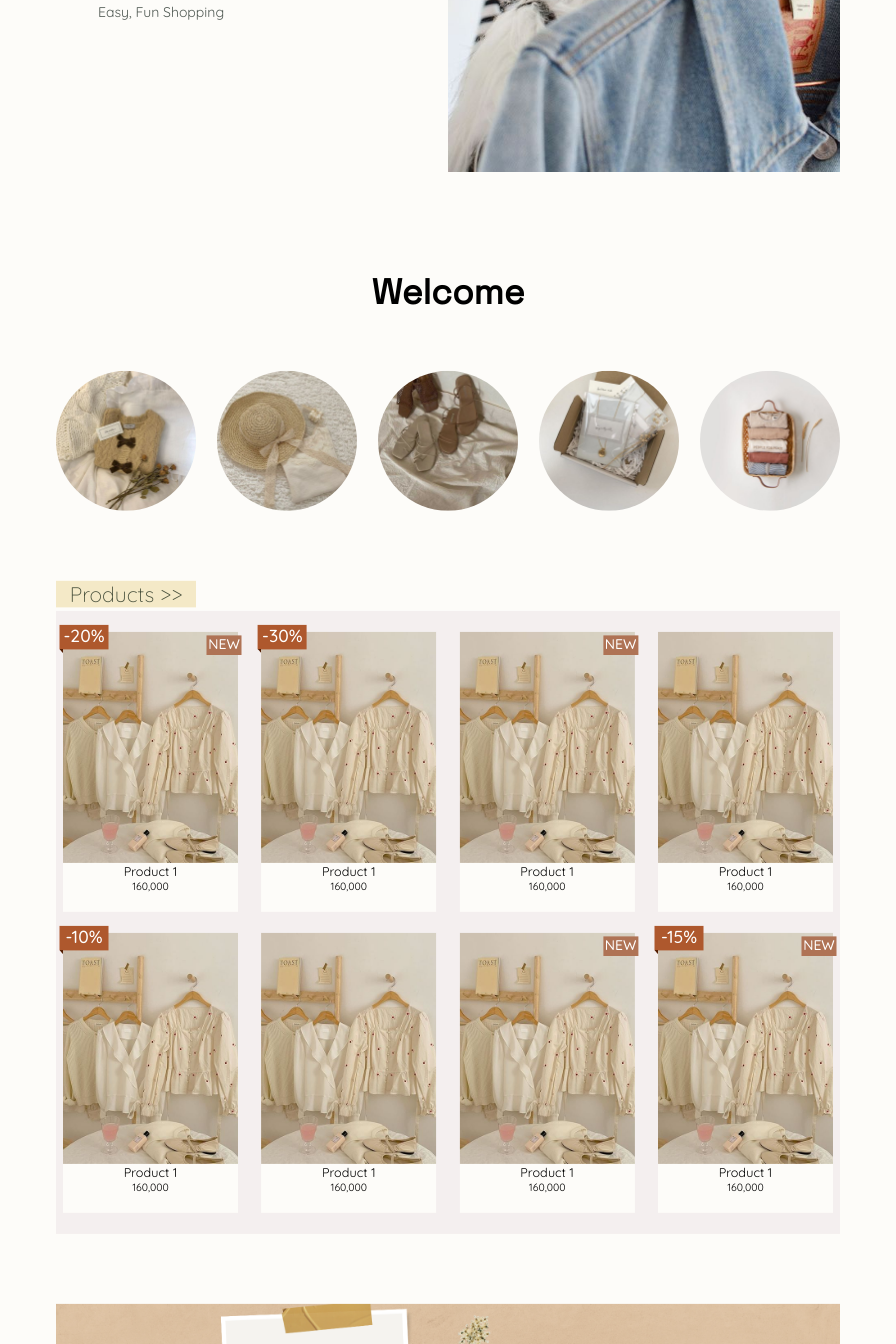
Repository: nganha241/store
Page: index.html
The author's editor kept a copy of each file at every save. The page is drawn from the files as they stood at one save, then again after the next save.
The browser window is 1280 px wide. The pictures show the part of the page from y = 654 to 2574 px (the page is 4675 px tall), at 70% of full size.
Some web libraries are served in a nearby version.

Above is the page before, as saved 2022-04-19 10:06:29.

After the next save:
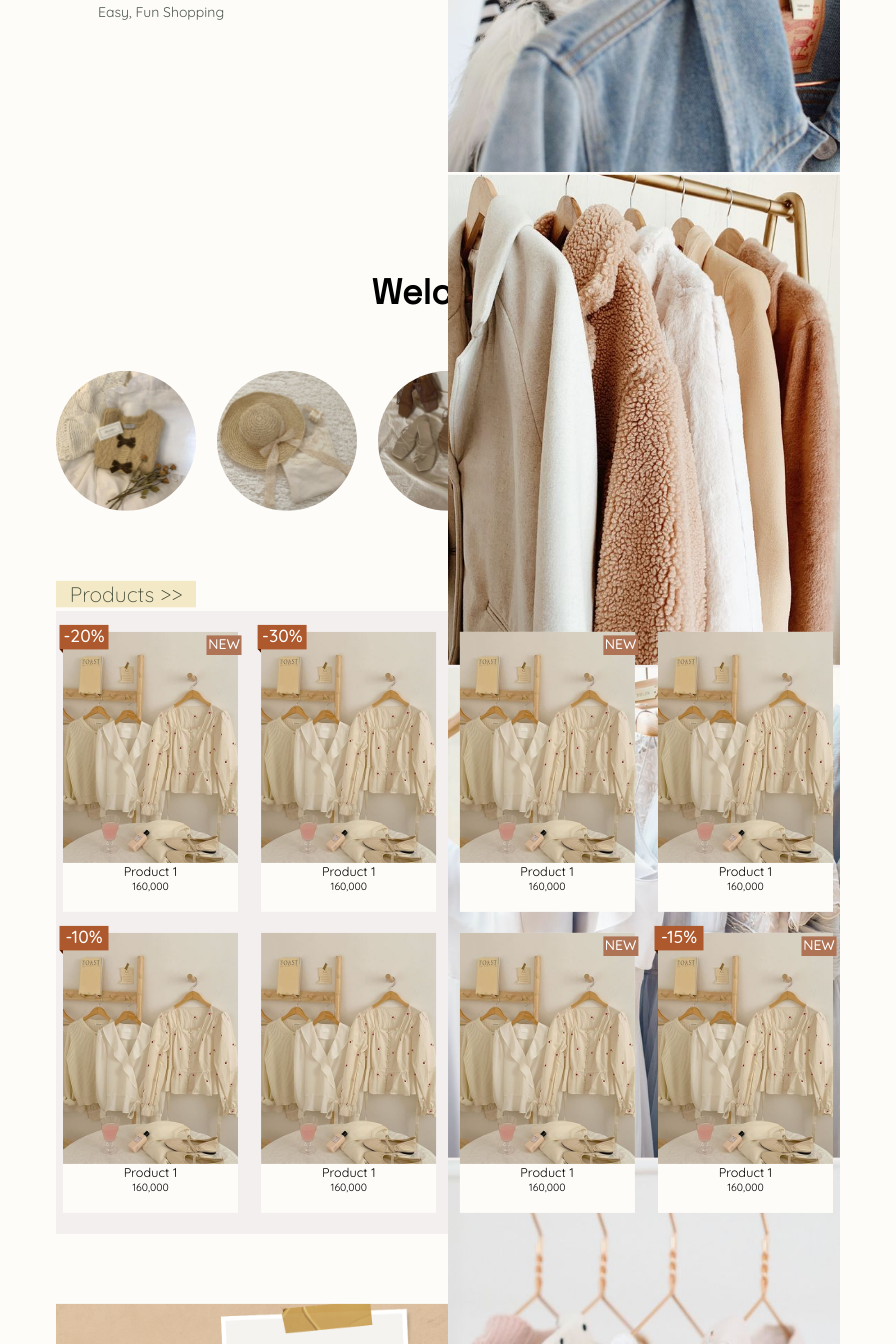
Saved 4 h 18 min later.
--- a/index.html
+++ b/index.html
@@ -49,6 +49,9 @@
         </div>
         <div class="img-banner">
           <img src="./img/banner.jpg" alt="" />
+          <img src="./img/banner2.jpg" alt="" />
+          <img src="./img/banner3.jpg" alt="" />
+          <img src="./img/banner4.jpg" alt="" />
         </div>
       </div>
     </div>
